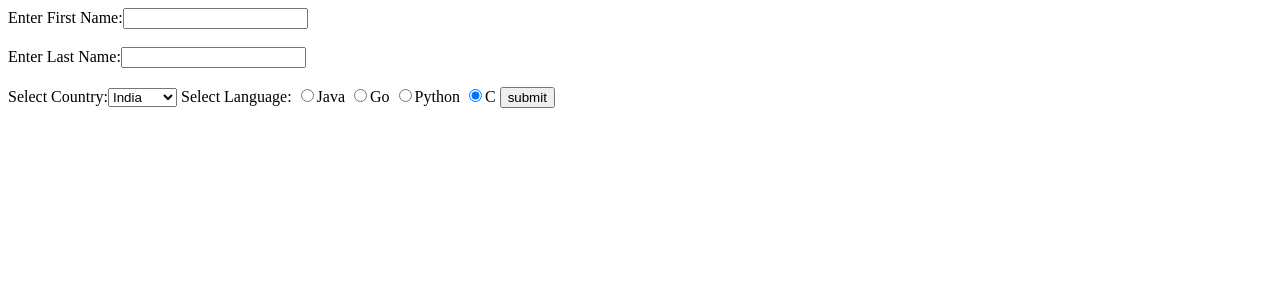
Repository: BhautikSakhiya/spring-learn
Page: http://localhost/spring-mvc-demo/studentController/showForm
These files come from the project's save history. The page is drawn as it stood at one moment and after a run of saves; the edit follows.
The browser window is 1280 px wide. The pictures show the whole page.
The page is served by Tomcat 9. Other server files are loaded and not shown. The template is opened directly, without the code that normally fills it, so the values that code supplies are empty.

Above is the page before, as saved 2022-07-04 12:14:13.

### spring-mvc-demo/WebContent/WEB-INF/view/student-form.jsp
<%@ page language="java" contentType="text/html; charset=UTF-8"
    pageEncoding="UTF-8"%>
<%@ taglib prefix="form" uri="http://www.springframework.org/tags/form" %>

<!DOCTYPE html>
<html>
<head>
<meta charset="UTF-8">
<title>Insert title here</title>
</head>
<body>
<form:form action="processForm" modelAttribute="student">
Enter First Name:<form:input path="firstName"/><br><br>
Enter Last Name:<form:input path="lastName"/><br><br>
Select Country:<form:select path="country"><br><br>
<form:options items="${student.countryOptions }"/>
</form:select>
Select Language:
<form:radiobutton path="lang"/>Java
<form:radiobutton path="lang"/>Go
<form:radiobutton path="lang"/>Python
<form:radiobutton path="lang"/>C
<input type="submit" value="submit"/><br><br>

</form:form>
</body>
</html>

After the next 2 saves:
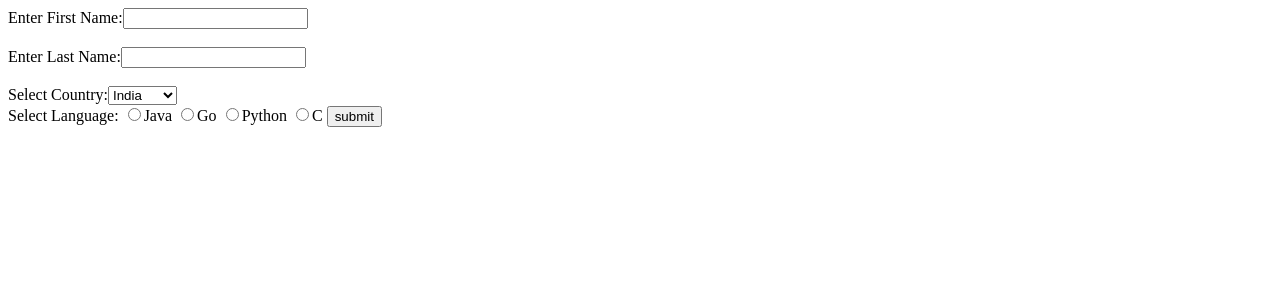
The 2 saves are shown as one change because 1 did not build or start.
The last was saved 3 min 52 s later.
--- a/spring-mvc-demo/WebContent/WEB-INF/view/student-form.jsp
+++ b/spring-mvc-demo/WebContent/WEB-INF/view/student-form.jsp
@@ -14,12 +14,12 @@ Enter First Name:<form:input path="firstName"/><br><br>
 Enter Last Name:<form:input path="lastName"/><br><br>
 Select Country:<form:select path="country"><br><br>
 <form:options items="${student.countryOptions }"/>
-</form:select>
+</form:select><br>
 Select Language:
-<form:radiobutton path="lang"/>Java
-<form:radiobutton path="lang"/>Go
-<form:radiobutton path="lang"/>Python
-<form:radiobutton path="lang"/>C
+<form:radiobutton path="lang" value="java" />Java
+<form:radiobutton path="lang" value="go"/>Go
+<form:radiobutton path="lang" value="python"/>Python
+<form:radiobutton path="lang" value="c"/>C
 <input type="submit" value="submit"/><br><br>
 
 </form:form>
